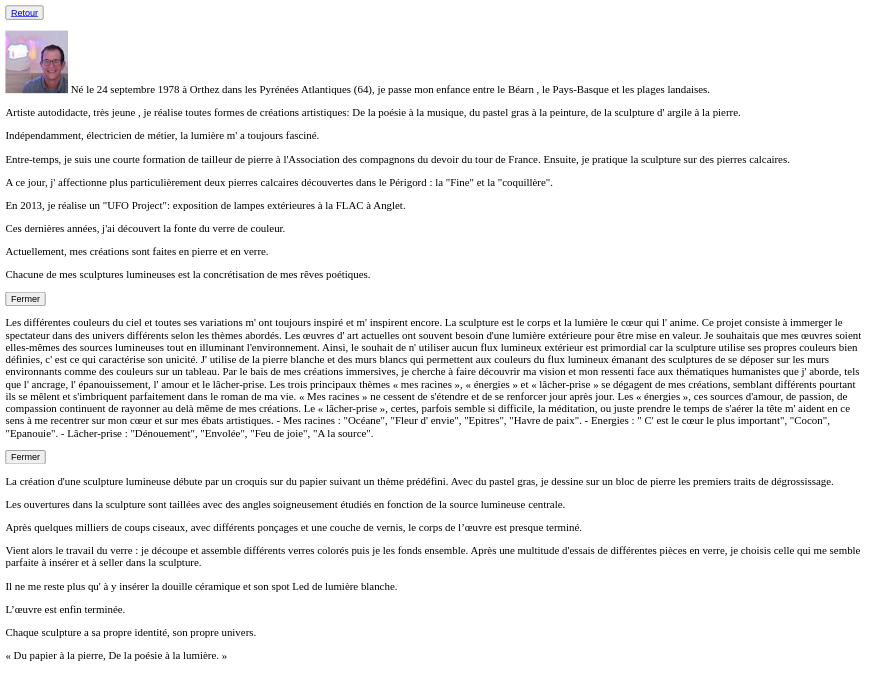
Repository: lysianebo/EricBidart
Page: presentation_more.html
An editor plug-in stored every save of this project. The page is shown before and after the next save, followed by the edit.
The browser window is 1280 px wide. The pictures show the whole page, at 68% of full size.

Above is the page before, as saved 2023-10-29 07:20:34.

### presentation_more.html
<!DOCTYPE html>
<html lang="en">
<head>
    <meta charset="UTF-8">
    <meta name="viewport" content="width=device-width, initial-scale=1.0">
    <title>Document</title>
    <link rel="stylesheet" href="/public/css/style.css">
</head>
<body>
    <div class="content-container">
        <div class="hidden"
            id="presentation-content">
    <button class="back-button"><a href="presentation.html">Retour</a></button>

            <p class="text"><img src="public/images/happy_moi.jpeg"
                    alt=""> Né le 24 septembre 1978 à Orthez dans les Pyrénées Atlantiques (64),
                je passe mon enfance entre le Béarn , le Pays-Basque et les plages landaises. </p>
            <p> Artiste autodidacte, très jeune , je réalise toutes formes de créations artistiques:
                De la poésie à la musique, du pastel gras à la peinture, de la sculpture d' argile à la pierre.</p>
            <p> Indépendamment, électricien de métier, la lumière m' a toujours fasciné.</p>

            <p> Entre-temps, je suis une courte formation de tailleur de pierre à l'Association des compagnons du devoir du
                tour de France. Ensuite, je pratique la sculpture sur des pierres calcaires.</p>

            <p> A ce jour, j' affectionne plus particulièrement deux pierres calcaires découvertes dans le Périgord : la
                "Fine" et la "coquillère".</p>
            <p> En 2013, je réalise un "UFO Project": exposition de lampes extérieures à la FLAC à Anglet.</p>
            <p> Ces dernières années, j'ai découvert la fonte du verre de couleur.</p>
            <p> Actuellement, mes créations sont faites en pierre et en verre.</p>
            <p>Chacune de mes sculptures lumineuses est la concrétisation de mes rêves poétiques.</p>
        </div>
        <!-- Contenu de la section "Bibliographie" ici -->
    </div>
    <div class="hidden"
        id="demarche-content">
        <button class="close-button">Fermer</button>
        <p>Les différentes couleurs du ciel et toutes ses variations m' ont toujours inspiré et m' inspirent encore.

            La sculpture est le corps et la lumière le cœur qui l' anime.



            Ce projet consiste à immerger le spectateur dans des univers différents selon les thèmes abordés.

            Les œuvres d' art actuelles ont souvent besoin d'une lumière extérieure pour être mise en valeur.

            Je souhaitais que mes œuvres soient elles-mêmes des sources lumineuses tout en illuminant l'environnement.

            Ainsi, le souhait de n' utiliser aucun flux lumineux extérieur est primordial car la sculpture utilise ses
            propres couleurs bien définies, c' est ce qui caractérise son unicité.



            J' utilise de la pierre blanche et des murs blancs qui permettent aux couleurs du flux lumineux émanant des
            sculptures de se déposer sur les murs environnants comme des couleurs sur un tableau.

            Par le bais de mes créations immersives, je cherche à faire découvrir ma vision et mon ressenti face aux
            thématiques humanistes que j' aborde, tels que l' ancrage, l' épanouissement, l' amour et le lâcher-prise.



            Les trois principaux thèmes « mes racines », « énergies » et « lâcher-prise » se dégagent de mes créations,
            semblant différents pourtant ils se mêlent et s'imbriquent parfaitement dans le roman de ma vie.

            « Mes racines » ne cessent de s'étendre et de se renforcer jour après jour.

            Les « énergies », ces sources d'amour, de passion, de compassion continuent de rayonner au delà même de mes
            créations.

            Le « lâcher-prise », certes, parfois semble si difficile, la méditation, ou juste prendre le temps de s'aérer la
            tête m' aident en ce sens à me recentrer sur mon cœur et sur mes ébats artistiques.

            - Mes racines : "Océane", "Fleur d' envie", "Epitres", "Havre de paix".

            - Energies : " C' est le cœur le plus important", "Cocon", "Epanouie".

            - Lâcher-prise : "Dénouement", "Envolée", "Feu de joie", "A la source".

        </p>
    </div>
    <div class="hidden"
        id="technique-content">
        <button class="close-button">Fermer</button>
        <p>La création d'une sculpture lumineuse débute par un croquis sur du papier suivant un thème prédéfini. Avec du
            pastel gras, je dessine sur un bloc de pierre les premiers traits de dégrossissage. </p>
        <p>Les ouvertures dans la sculpture sont taillées avec des angles soigneusement étudiés en fonction de la source
            lumineuse centrale.</p>
        <p>Après quelques milliers de coups ciseaux, avec différents ponçages et une couche de vernis,
            le corps de l’œuvre est presque terminé.</p>
        <p> Vient alors le travail du verre : je découpe et assemble différents verres colorés puis je les fonds ensemble.
            Après une multitude d'essais de différentes pièces en verre, je choisis celle qui me semble parfaite à insérer
            et à seller dans la sculpture.</p>
        <p>Il ne me reste plus qu' à y insérer la douille céramique et son spot Led de lumière blanche.</p>
        </p>
        <p> L’œuvre est enfin terminée.</p>


        <p> Chaque sculpture a sa propre identité, son propre univers.</p>

        <p> « Du papier à la pierre, De la poésie à la lumière. »</p>
    </div>

    </div>
</body>
</html>

### public/css/style.css
/* @import url("https://fonts.googleapis.com/css2?family=Belanosima:wght@400;700&family=Noto+Sans&family=Outfit&family=Rubik:wght@400;500;700&display=swap"); */
/*# sourceMappingURL=style.css.map */

After the next save:
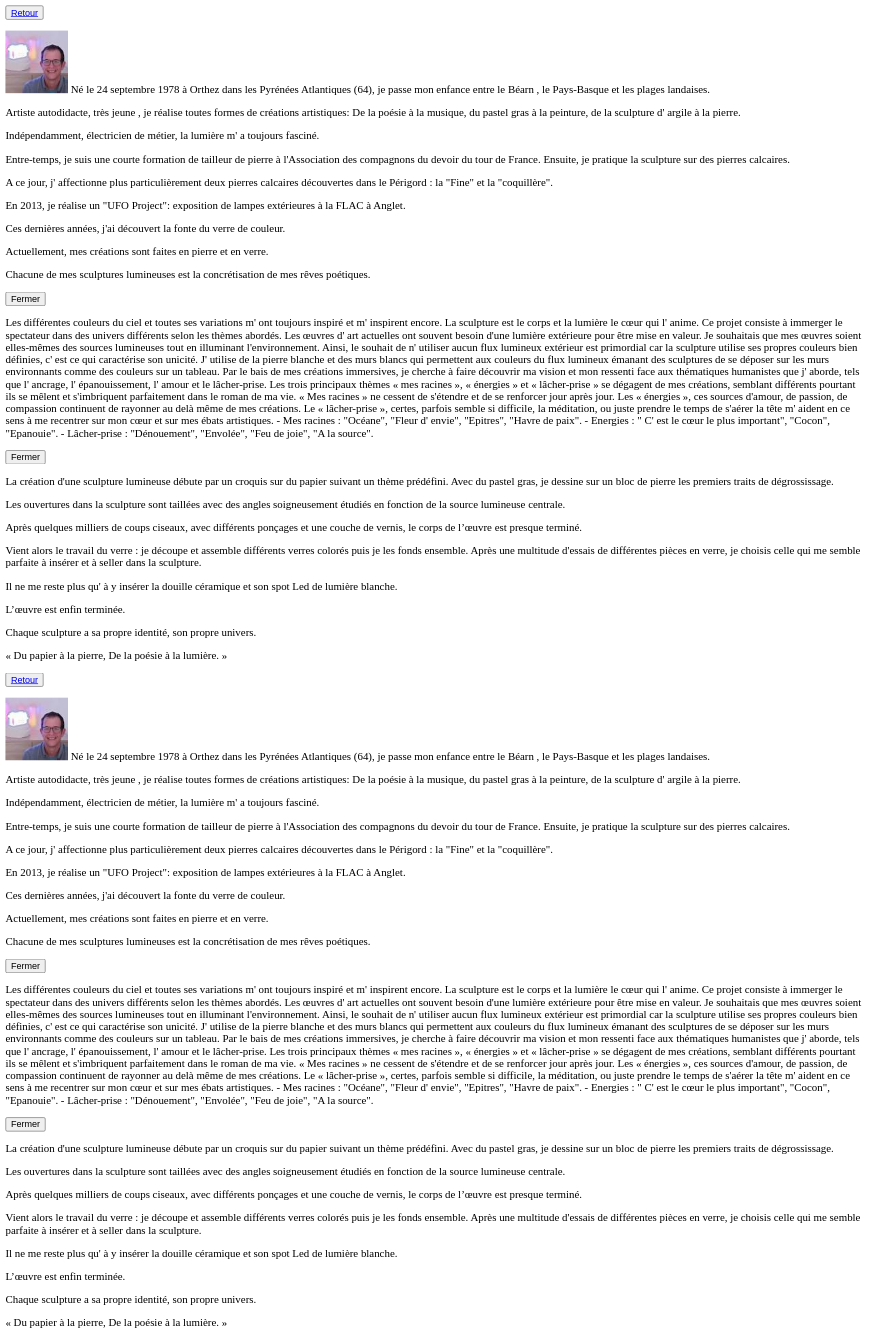
Saved 33 s later.
--- a/presentation_more.html
+++ b/presentation_more.html
@@ -103,3 +103,108 @@
     </div>
 </body>
 </html>
+<!DOCTYPE html>
+<html lang="en">
+<head>
+    <meta charset="UTF-8">
+    <meta name="viewport" content="width=device-width, initial-scale=1.0">
+    <title>Document</title>
+    <link rel="stylesheet" href="/public/css/style.css">
+</head>
+<body>
+    <div class="content-container">
+        <div class="hidden"
+            id="presentation-content">
+    <button class="back-button"><a href="presentation.html">Retour</a></button>
+
+            <p class="text"><img src="public/images/happy_moi.jpeg"
+                    alt=""> Né le 24 septembre 1978 à Orthez dans les Pyrénées Atlantiques (64),
+                je passe mon enfance entre le Béarn , le Pays-Basque et les plages landaises. </p>
+            <p> Artiste autodidacte, très jeune , je réalise toutes formes de créations artistiques:
+                De la poésie à la musique, du pastel gras à la peinture, de la sculpture d' argile à la pierre.</p>
+            <p> Indépendamment, électricien de métier, la lumière m' a toujours fasciné.</p>
+
+            <p> Entre-temps, je suis une courte formation de tailleur de pierre à l'Association des compagnons du devoir du
+                tour de France. Ensuite, je pratique la sculpture sur des pierres calcaires.</p>
+
+            <p> A ce jour, j' affectionne plus particulièrement deux pierres calcaires découvertes dans le Périgord : la
+                "Fine" et la "coquillère".</p>
+            <p> En 2013, je réalise un "UFO Project": exposition de lampes extérieures à la FLAC à Anglet.</p>
+            <p> Ces dernières années, j'ai découvert la fonte du verre de couleur.</p>
+            <p> Actuellement, mes créations sont faites en pierre et en verre.</p>
+            <p>Chacune de mes sculptures lumineuses est la concrétisation de mes rêves poétiques.</p>
+        </div>
+        <!-- Contenu de la section "Bibliographie" ici -->
+    </div>
+    <div class="hidden"
+        id="demarche-content">
+        <button class="close-button">Fermer</button>
+        <p>Les différentes couleurs du ciel et toutes ses variations m' ont toujours inspiré et m' inspirent encore.
+
+            La sculpture est le corps et la lumière le cœur qui l' anime.
+
+
+
+            Ce projet consiste à immerger le spectateur dans des univers différents selon les thèmes abordés.
+
+            Les œuvres d' art actuelles ont souvent besoin d'une lumière extérieure pour être mise en valeur.
+
+            Je souhaitais que mes œuvres soient elles-mêmes des sources lumineuses tout en illuminant l'environnement.
+
+            Ainsi, le souhait de n' utiliser aucun flux lumineux extérieur est primordial car la sculpture utilise ses
+            propres couleurs bien définies, c' est ce qui caractérise son unicité.
+
+
+
+            J' utilise de la pierre blanche et des murs blancs qui permettent aux couleurs du flux lumineux émanant des
+            sculptures de se déposer sur les murs environnants comme des couleurs sur un tableau.
+
+            Par le bais de mes créations immersives, je cherche à faire découvrir ma vision et mon ressenti face aux
+            thématiques humanistes que j' aborde, tels que l' ancrage, l' épanouissement, l' amour et le lâcher-prise.
+
+
+
+            Les trois principaux thèmes « mes racines », « énergies » et « lâcher-prise » se dégagent de mes créations,
+            semblant différents pourtant ils se mêlent et s'imbriquent parfaitement dans le roman de ma vie.
+
+            « Mes racines » ne cessent de s'étendre et de se renforcer jour après jour.
+
+            Les « énergies », ces sources d'amour, de passion, de compassion continuent de rayonner au delà même de mes
+            créations.
+
+            Le « lâcher-prise », certes, parfois semble si difficile, la méditation, ou juste prendre le temps de s'aérer la
+            tête m' aident en ce sens à me recentrer sur mon cœur et sur mes ébats artistiques.
+
+            - Mes racines : "Océane", "Fleur d' envie", "Epitres", "Havre de paix".
+
+            - Energies : " C' est le cœur le plus important", "Cocon", "Epanouie".
+
+            - Lâcher-prise : "Dénouement", "Envolée", "Feu de joie", "A la source".
+
+        </p>
+    </div>
+    <div class="hidden"
+        id="technique-content">
+        <button class="close-button">Fermer</button>
+        <p>La création d'une sculpture lumineuse débute par un croquis sur du papier suivant un thème prédéfini. Avec du
+            pastel gras, je dessine sur un bloc de pierre les premiers traits de dégrossissage. </p>
+        <p>Les ouvertures dans la sculpture sont taillées avec des angles soigneusement étudiés en fonction de la source
+            lumineuse centrale.</p>
+        <p>Après quelques milliers de coups ciseaux, avec différents ponçages et une couche de vernis,
+            le corps de l’œuvre est presque terminé.</p>
+        <p> Vient alors le travail du verre : je découpe et assemble différents verres colorés puis je les fonds ensemble.
+            Après une multitude d'essais de différentes pièces en verre, je choisis celle qui me semble parfaite à insérer
+            et à seller dans la sculpture.</p>
+        <p>Il ne me reste plus qu' à y insérer la douille céramique et son spot Led de lumière blanche.</p>
+        </p>
+        <p> L’œuvre est enfin terminée.</p>
+
+
+        <p> Chaque sculpture a sa propre identité, son propre univers.</p>
+
+        <p> « Du papier à la pierre, De la poésie à la lumière. »</p>
+    </div>
+
+    </div>
+</body>
+</html>

After the save that followed:
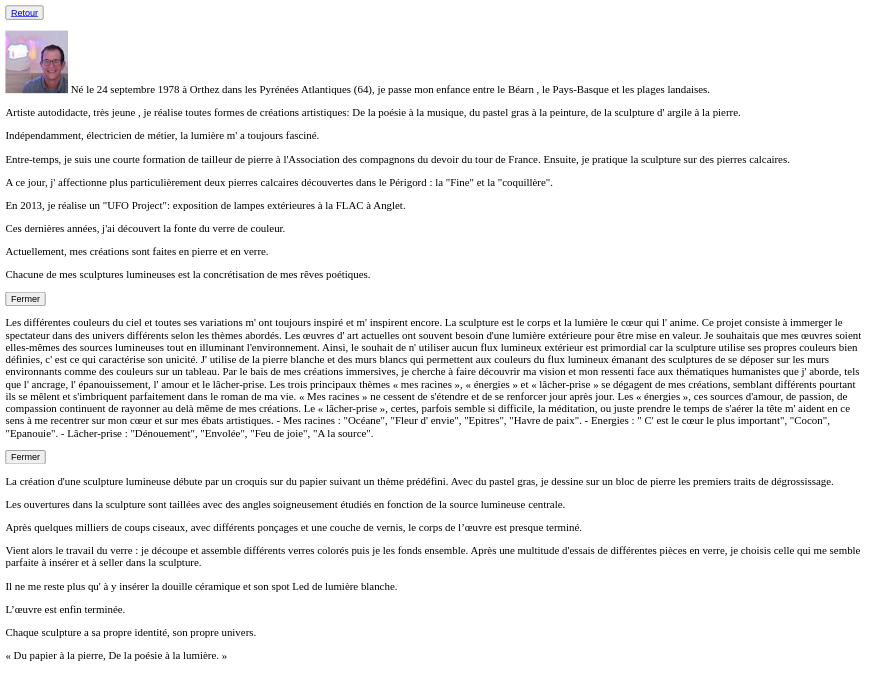
Saved 22 s later.
--- a/presentation_more.html
+++ b/presentation_more.html
@@ -4,7 +4,7 @@
     <meta charset="UTF-8">
     <meta name="viewport" content="width=device-width, initial-scale=1.0">
     <title>Document</title>
-    <link rel="stylesheet" href="/public/css/style.css">
+    <link rel="stylesheet" href="public/css/style.css">
 </head>
 <body>
     <div class="content-container">
@@ -103,108 +103,3 @@
     </div>
 </body>
 </html>
-<!DOCTYPE html>
-<html lang="en">
-<head>
-    <meta charset="UTF-8">
-    <meta name="viewport" content="width=device-width, initial-scale=1.0">
-    <title>Document</title>
-    <link rel="stylesheet" href="/public/css/style.css">
-</head>
-<body>
-    <div class="content-container">
-        <div class="hidden"
-            id="presentation-content">
-    <button class="back-button"><a href="presentation.html">Retour</a></button>
-
-            <p class="text"><img src="public/images/happy_moi.jpeg"
-                    alt=""> Né le 24 septembre 1978 à Orthez dans les Pyrénées Atlantiques (64),
-                je passe mon enfance entre le Béarn , le Pays-Basque et les plages landaises. </p>
-            <p> Artiste autodidacte, très jeune , je réalise toutes formes de créations artistiques:
-                De la poésie à la musique, du pastel gras à la peinture, de la sculpture d' argile à la pierre.</p>
-            <p> Indépendamment, électricien de métier, la lumière m' a toujours fasciné.</p>
-
-            <p> Entre-temps, je suis une courte formation de tailleur de pierre à l'Association des compagnons du devoir du
-                tour de France. Ensuite, je pratique la sculpture sur des pierres calcaires.</p>
-
-            <p> A ce jour, j' affectionne plus particulièrement deux pierres calcaires découvertes dans le Périgord : la
-                "Fine" et la "coquillère".</p>
-            <p> En 2013, je réalise un "UFO Project": exposition de lampes extérieures à la FLAC à Anglet.</p>
-            <p> Ces dernières années, j'ai découvert la fonte du verre de couleur.</p>
-            <p> Actuellement, mes créations sont faites en pierre et en verre.</p>
-            <p>Chacune de mes sculptures lumineuses est la concrétisation de mes rêves poétiques.</p>
-        </div>
-        <!-- Contenu de la section "Bibliographie" ici -->
-    </div>
-    <div class="hidden"
-        id="demarche-content">
-        <button class="close-button">Fermer</button>
-        <p>Les différentes couleurs du ciel et toutes ses variations m' ont toujours inspiré et m' inspirent encore.
-
-            La sculpture est le corps et la lumière le cœur qui l' anime.
-
-
-
-            Ce projet consiste à immerger le spectateur dans des univers différents selon les thèmes abordés.
-
-            Les œuvres d' art actuelles ont souvent besoin d'une lumière extérieure pour être mise en valeur.
-
-            Je souhaitais que mes œuvres soient elles-mêmes des sources lumineuses tout en illuminant l'environnement.
-
-            Ainsi, le souhait de n' utiliser aucun flux lumineux extérieur est primordial car la sculpture utilise ses
-            propres couleurs bien définies, c' est ce qui caractérise son unicité.
-
-
-
-            J' utilise de la pierre blanche et des murs blancs qui permettent aux couleurs du flux lumineux émanant des
-            sculptures de se déposer sur les murs environnants comme des couleurs sur un tableau.
-
-            Par le bais de mes créations immersives, je cherche à faire découvrir ma vision et mon ressenti face aux
-            thématiques humanistes que j' aborde, tels que l' ancrage, l' épanouissement, l' amour et le lâcher-prise.
-
-
-
-            Les trois principaux thèmes « mes racines », « énergies » et « lâcher-prise » se dégagent de mes créations,
-            semblant différents pourtant ils se mêlent et s'imbriquent parfaitement dans le roman de ma vie.
-
-            « Mes racines » ne cessent de s'étendre et de se renforcer jour après jour.
-
-            Les « énergies », ces sources d'amour, de passion, de compassion continuent de rayonner au delà même de mes
-            créations.
-
-            Le « lâcher-prise », certes, parfois semble si difficile, la méditation, ou juste prendre le temps de s'aérer la
-            tête m' aident en ce sens à me recentrer sur mon cœur et sur mes ébats artistiques.
-
-            - Mes racines : "Océane", "Fleur d' envie", "Epitres", "Havre de paix".
-
-            - Energies : " C' est le cœur le plus important", "Cocon", "Epanouie".
-
-            - Lâcher-prise : "Dénouement", "Envolée", "Feu de joie", "A la source".
-
-        </p>
-    </div>
-    <div class="hidden"
-        id="technique-content">
-        <button class="close-button">Fermer</button>
-        <p>La création d'une sculpture lumineuse débute par un croquis sur du papier suivant un thème prédéfini. Avec du
-            pastel gras, je dessine sur un bloc de pierre les premiers traits de dégrossissage. </p>
-        <p>Les ouvertures dans la sculpture sont taillées avec des angles soigneusement étudiés en fonction de la source
-            lumineuse centrale.</p>
-        <p>Après quelques milliers de coups ciseaux, avec différents ponçages et une couche de vernis,
-            le corps de l’œuvre est presque terminé.</p>
-        <p> Vient alors le travail du verre : je découpe et assemble différents verres colorés puis je les fonds ensemble.
-            Après une multitude d'essais de différentes pièces en verre, je choisis celle qui me semble parfaite à insérer
-            et à seller dans la sculpture.</p>
-        <p>Il ne me reste plus qu' à y insérer la douille céramique et son spot Led de lumière blanche.</p>
-        </p>
-        <p> L’œuvre est enfin terminée.</p>
-
-
-        <p> Chaque sculpture a sa propre identité, son propre univers.</p>
-
-        <p> « Du papier à la pierre, De la poésie à la lumière. »</p>
-    </div>
-
-    </div>
-</body>
-</html>
